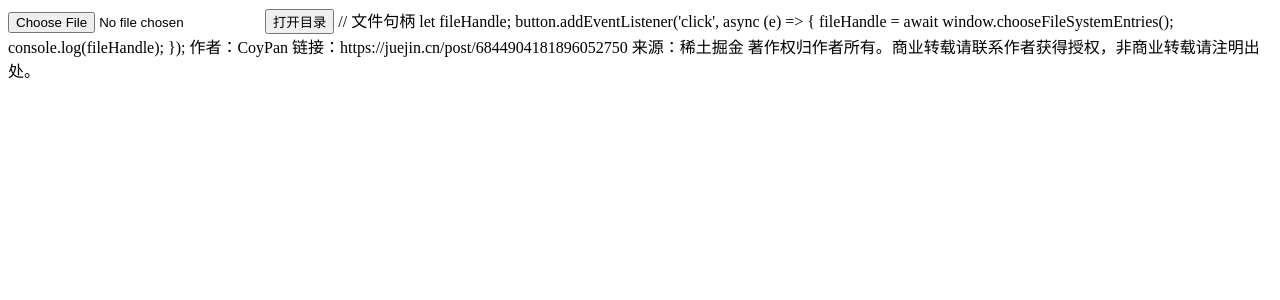
Repository: newhanxins/tool
Page: Protest/testgpt/file.html
An editor plug-in stored every save of this project. The page is shown before and after the next save, followed by the edit.
The browser window is 1280 px wide. The pictures show the whole page.

Above is the page before, as saved 2025-08-12 16:17:38.

After the next save:
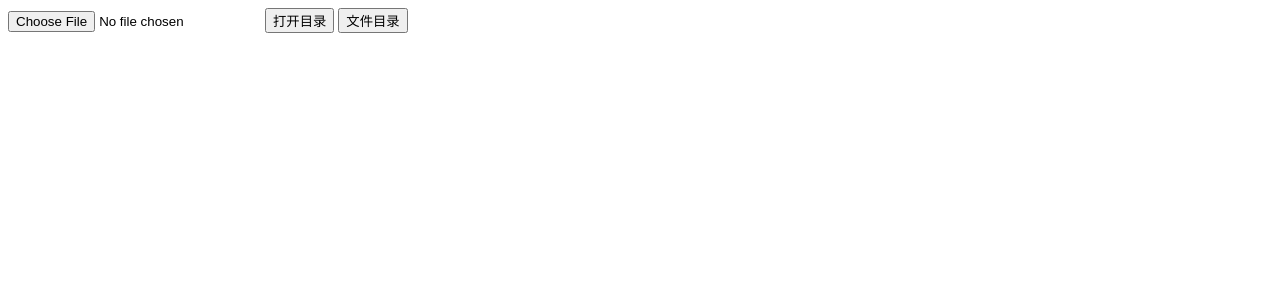
Saved 84 s later.
--- a/Protest/testgpt/file.html
+++ b/Protest/testgpt/file.html
@@ -32,16 +32,15 @@
       }
     }
   </script>
-    // 文件句柄
+<button id="openfile"> 文件目录</button>
+<script>
+        // 文件句柄
 let fileHandle;
+let button = document.getElementById('openfile');
 button.addEventListener('click', async (e) => {
   fileHandle = await window.chooseFileSystemEntries();
   console.log(fileHandle);
 });
-
-作者：CoyPan
-链接：https://juejin.cn/post/6844904181896052750
-来源：稀土掘金
-著作权归作者所有。商业转载请联系作者获得授权，非商业转载请注明出处。
+</script>
 </body>
 </html>
